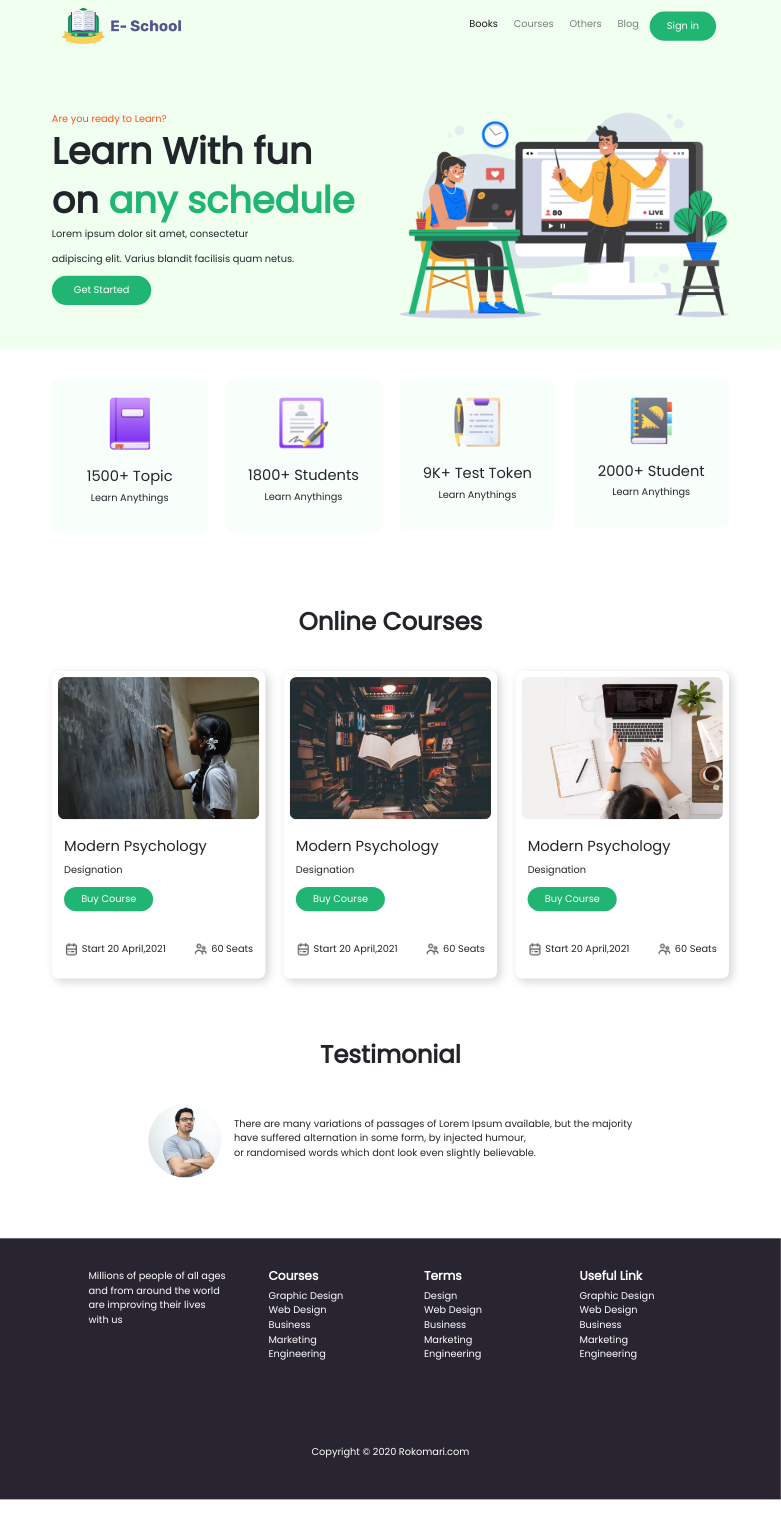
Repository: mohsinfarabi/e-school
Page: index.html
An editor plug-in stored every save of this project. The page is shown before and after the next save, followed by the edit.
The browser window is 1280 px wide. The pictures show the whole page, at 61% of full size.

Above is the page before, as saved 2020-07-09 23:19:27.

After the next save:
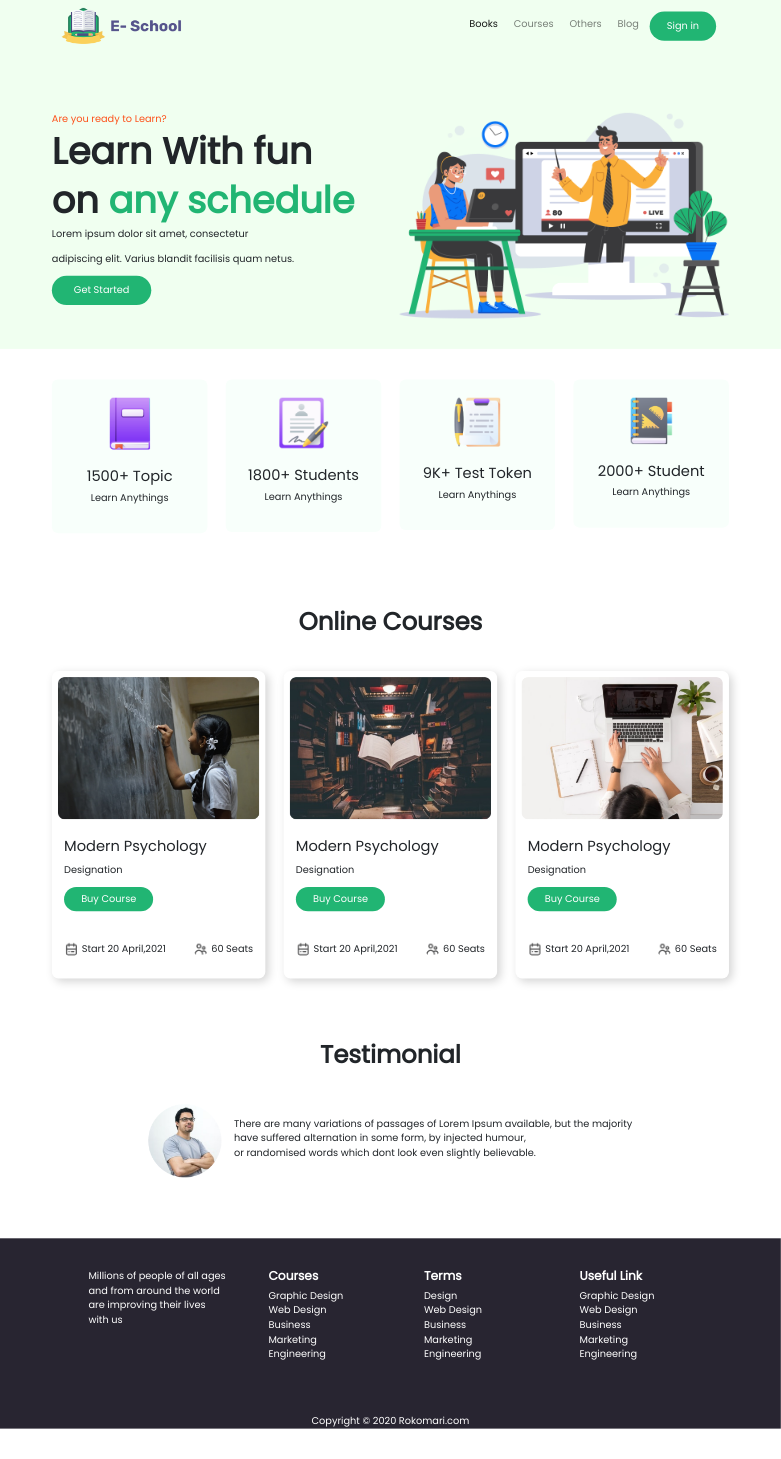
Saved 10 s later.
--- a/index.html
+++ b/index.html
@@ -222,7 +222,7 @@
                     </ul>
                 </div>
             </div>
-            <footer class="footer-row">
+            <footer>
                 <p>Copyright © 2020 Rokomari.com</p>
             </footer>
         </div>
